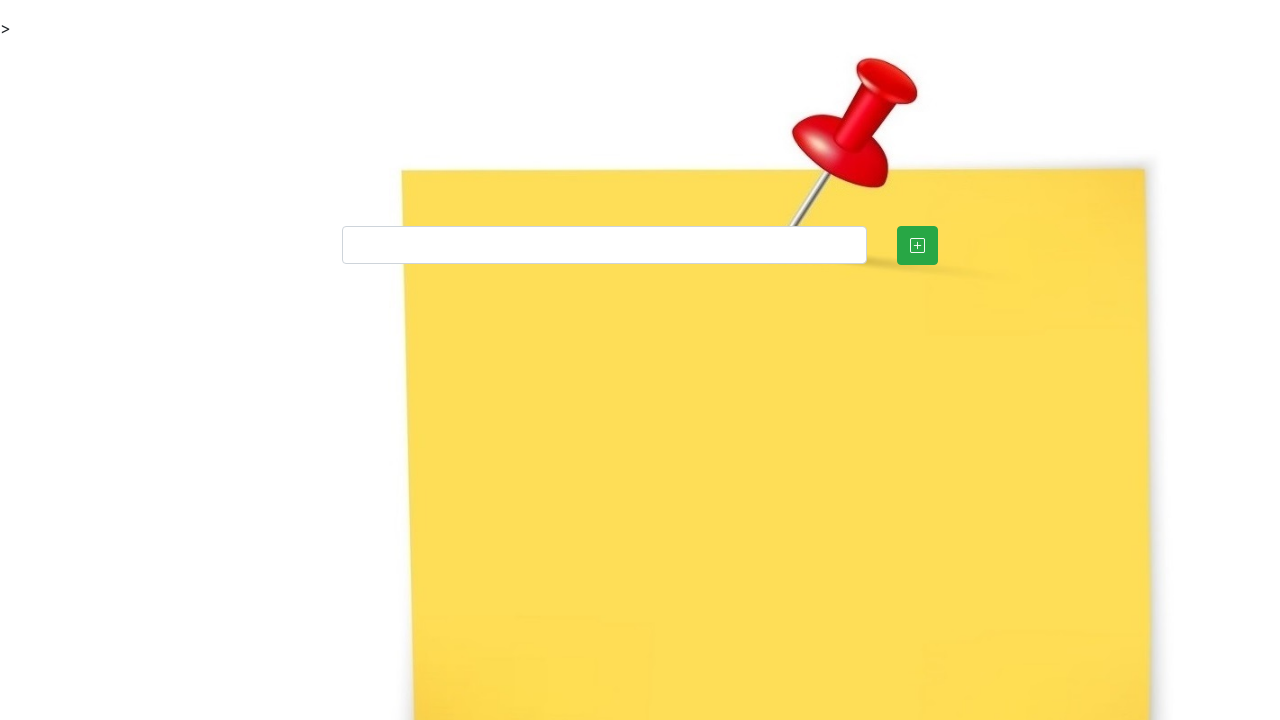
Repository: walaaElbasha/Todo-list-laravel
Page: http://localhost/tasks
These files come from the project's save history. The page is drawn as it stood at one moment and after the next save; the edit follows.
The browser window is 1280 px wide. The pictures show the whole page.
The page is served by the project's Laravel application, run on PHP 8.4 with Laravel 8. Other server files are loaded and not shown. Style sheets and scripts are compiled from the project's sources, by tool versions that may differ from the author's. Queries for data that is not in the repository find no rows.

Above is the page before, as saved 2021-07-01 18:05:48.

### routes/web.php
<?php

use Illuminate\Support\Facades\Route;
use App\Http\Controllers\TaskController;
/*
|--------------------------------------------------------------------------
| Web Routes
|--------------------------------------------------------------------------
|
| Here is where you can register web routes for your application. These
| routes are loaded by the RouteServiceProvider within a group which
| contains the "web" middleware group. Now create something great!
|
*/

Route::get('/', function () {
    return view('welcome');
});

Route::get('/tasks', [TaskController::class, 'index'])->name('tasks.index');
Route::post('/tasks', [TaskController::class, 'store'])->name('tasks.store');
Route::get('/tasks/{task}/edit', [TaskController::class, 'edit'])->name('tasks.edit');
Route::put('/tasks/{task}', [TaskController::class, 'update'])->name('tasks.update');
Route::delete('/tasks/{task}', [TaskController::class, 'destroy'])->name('tasks.destroy');

Route::get('/register',[RegistrationController::class, 'destroy'])->name('registration.create');
Route::get('/register', [RegistrationController::class, 'destroy'])->name('registration.store');
// Route::get('/login', [SessionsControlle::class, 'destroy'])->name('registration.create');
// Route::get('/login', [SessionsControlle::class, 'destroy'])->name('registration.store');
// Route::get('/logout',[SessionsControlle::class, 'destroy'])->name('registration.destroy');



// 'RegistrationController@create');
// Route::post('register', 'RegistrationController@store');

// Route::get('/login', 'SessionsController@create');
// Route::post('/login', 'SessionsController@store');
// Route::get('/logout', 'SessionsController@destroy');

### app/Http/Controllers/TaskController.php
<?php

namespace App\Http\Controllers;
use Illuminate\Http\Request;
use App\Http\Requests\TaskRequest;
use App\Models\Task;
use Illuminate\Support\Facades\Auth;


class TaskController extends Controller

{
    public function index()
    {
        $allTasks = Task::paginate(4);
        //find by user id
        return view('tasks.index', [
            'allTasks' => $allTasks
        ]);
    }

    public function edit($taskId)
    {
        $task = Task::find($taskId);
        return view('tasks.edit', [
            'task' => $task,
        ]);
    }
    public function update($taskId, TaskRequest $request)
    {
        // $requestData = $request->all();
        // $task = Task::find($taskId);
        // $task->update($requestData);
        // $task->save();
        $requestData = $request->all();
        $task = Task::find($taskId);
        $task->update($requestData);
        $task->save();
        return redirect()->route('tasks.index')->with('success', "TODO updated successfully!");
    }

    public function destroy($taskId)
    {

        $task = Task::findorfail($taskId);

        $task->delete();
        return redirect()->route('tasks.index');
    }



    public function store(TaskRequest $request)
    {

        // $requestData = $request->all();
        // Task::create($requestData);

       // $userId =Auth::id();
        $task = new Task;
        $task->name = $request->name;
       // $task->user_id= $userId;

        $task->
        $task->save();

        return redirect()->route('tasks.index');
    }

}

### app/Models/Task.php
<?php

namespace App\Models;

use Illuminate\Database\Eloquent\Factories\HasFactory;
use Illuminate\Database\Eloquent\Model;

class Task extends Model
{
    use HasFactory;
    protected $fillable = ['name'];
}

### resources/views/tasks/index.blade.php
@extends('layouts.app')

@section('content')

<!-- Bootstrap Boilerplate... -->


@if($errors->any())
<div class="alert alert-danger w-25">
    <ul>
        @foreach ($errors->all() as $error)
        <li>{{ $error }}</li>
        @endforeach
    </ul>
</div>
@endif

<body style="background-image: url('sticky.jpg')  ; background-repeat: no-repeat;
  background-size: 1400px 950px;">>

    <div class="container">

        <!-- Display Validation Errors -->

        <div style="margin-top:170px; margin-left:200px">
            <table>
                <ul>
                    @foreach($allTasks as $task)


                    <tr>
                        <td style="width:600px">
                            <div style="display:flex">
                                <!-- <div style="justify-content:flex-start"> -->
                                <li>
                                    {{ $task->name}}

                                </li>
                        </td>
                        <td>
                            <!-- </div> -->
                            <div style="justify-content:flex-end">

                                <a href="{{ route('tasks.edit',['task' => $task['id']]) }}" class="btn btn-secondary mt-4"><i class="bi bi-pencil-square"></i>


                                </a>

                                <form style="display:inline" method="POST" action="{{route('tasks.destroy',['task' => $task['id']])}}">
                                    @csrf
                                    @method('DELETE')
                                    <button onclick="return confirm('Are you sure?')" class="btn btn-danger mt-4" type="submit"><i class="bi bi-trash-fill"></i></button>
                                </form>
                            </div>
        </div>
        <br>
        </td>

        </tr>


        @endforeach
        </ul>
        </table>
        <!-- New Task Form -->
    </div>
    <form action="{{ route('tasks.store') }}" method="POST" class="form-horizontal">
        @csrf

        <!-- Task Name -->
        <div class="form-group">
            <div class="text-center" style="display:flex; justify-content:center; align-items:center">
                {{$allTasks->links("pagination::bootstrap-4")}}

            </div>

            <div style="display:flex; justify-content:center; align-items:center">
                <div class="col-sm-6">
                    <input type="text" name="name" id="name" class="form-control">
                </div>

                <div class="form-group">
                    <div class="col-sm-offset-3 col-sm-6">
                        <button type="submit" class="btn btn-success mt-3">
                            <span style="font-size:15px"><i class="bi bi-plus-square"></i> </span>
                        </button>
                    </div>
                </div>
            </div>
        </div>
    </form>
    </div>
</body>


<!-- TODO: Current Tasks -->
@endsection

### resources/views/layouts/app.blade.php
<!DOCTYPE html>
<html lang="en">

<head>
    <meta charset="utf-8">
    <meta name="viewport" content="width=device-width, initial-scale=1">

    <!-- CSRF Token -->
    <meta name="csrf-token" content="{{ csrf_token() }}">

    <title>{{ config('app.name', 'All Tasks') }}</title>

    <!-- Scripts -->
    <script src="{{ asset('js/app.js') }}" defer></script>

    <!-- Fonts -->
    <link rel="dns-prefetch" href="//fonts.gstatic.com">
    <link href="https://fonts.googleapis.com/css?family=Nunito" rel="stylesheet">

    <!-- Styles -->
    <link href="{{ asset('css/app.css') }}" rel="stylesheet">
    <link rel="stylesheet" href="https://cdn.jsdelivr.net/npm/bootstrap@4.6.0/dist/css/bootstrap.min.css" integrity="sha384-B0vP5xmATw1+K9KRQjQERJvTumQW0nPEzvF6L/Z6nronJ3oUOFUFpCjEUQouq2+l" crossorigin="anonymous">
    <link rel="stylesheet" href="path/to/font-awesome/css/font-awesome.min.css">
    <link rel="stylesheet" href="https://cdn.jsdelivr.net/npm/bootstrap-icons@1.5.0/font/bootstrap-icons.css">
</head>


<body style="background-image: url('sticky.jpg')  ; background-repeat: no-repeat;
  background-size: 1400px 950px;">
    <div class="container">
        <nav class="navbar navbar-default">
            <!-- Navbar Contents -->
        </nav>
    </div>

    @yield('content')

</body>

</html>

Loaded but not shown: app/Http/Controllers/Controller.php (common file); resources/sass/app.scss (common file); resources/sass/_variables.scss (common file)

After the next save:
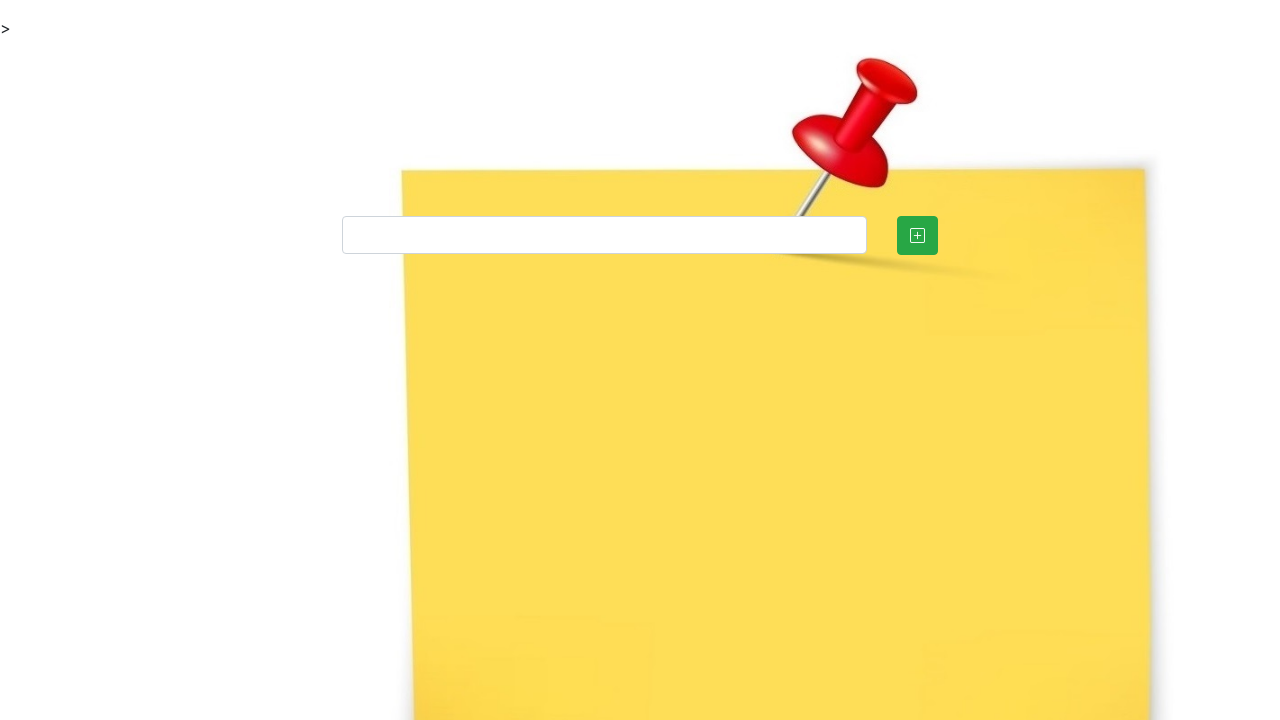
Saved 21 s later.
--- a/resources/views/tasks/index.blade.php
+++ b/resources/views/tasks/index.blade.php
@@ -22,7 +22,7 @@
 
         <!-- Display Validation Errors -->
 
-        <div style="margin-top:170px; margin-left:200px">
+        <div style="margin-top:160px; margin-left:200px">
             <table>
                 <ul>
                     @foreach($allTasks as $task)

After the save that followed:
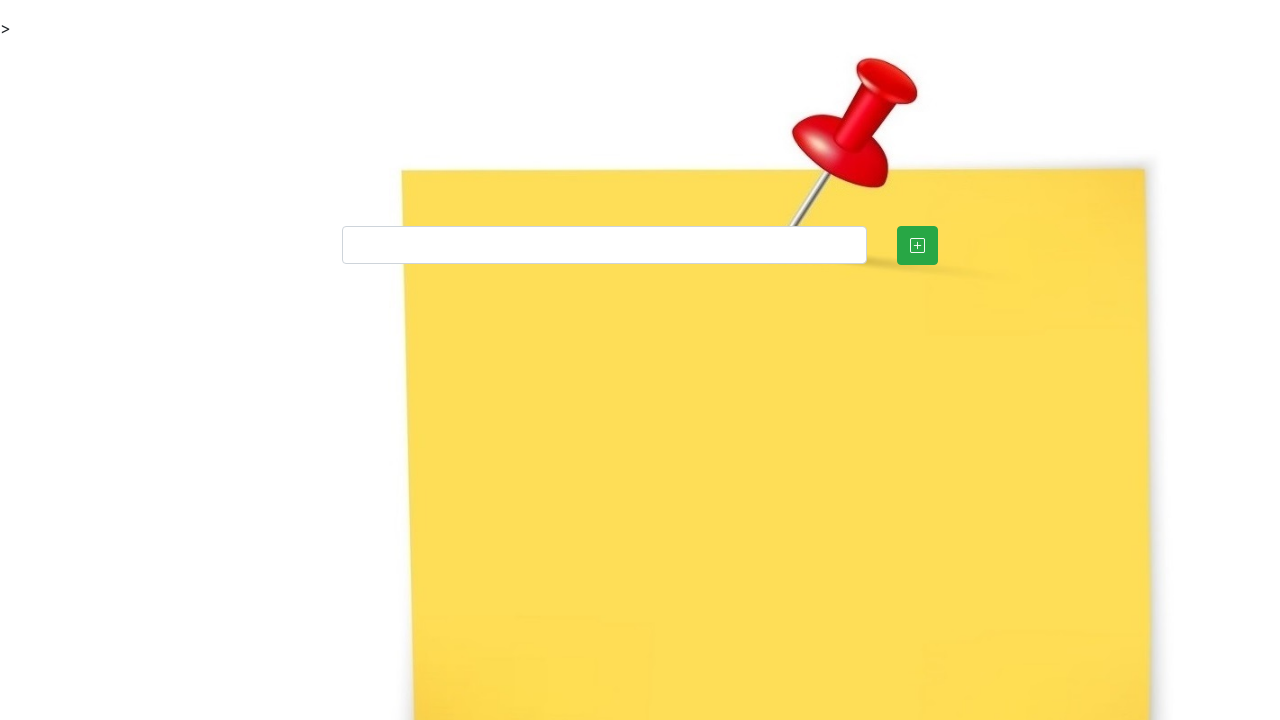
Saved 17 s later.
--- a/resources/views/tasks/index.blade.php
+++ b/resources/views/tasks/index.blade.php
@@ -22,7 +22,7 @@
 
         <!-- Display Validation Errors -->
 
-        <div style="margin-top:160px; margin-left:200px">
+        <div style="margin-top:170px; margin-left:150px">
             <table>
                 <ul>
                     @foreach($allTasks as $task)
